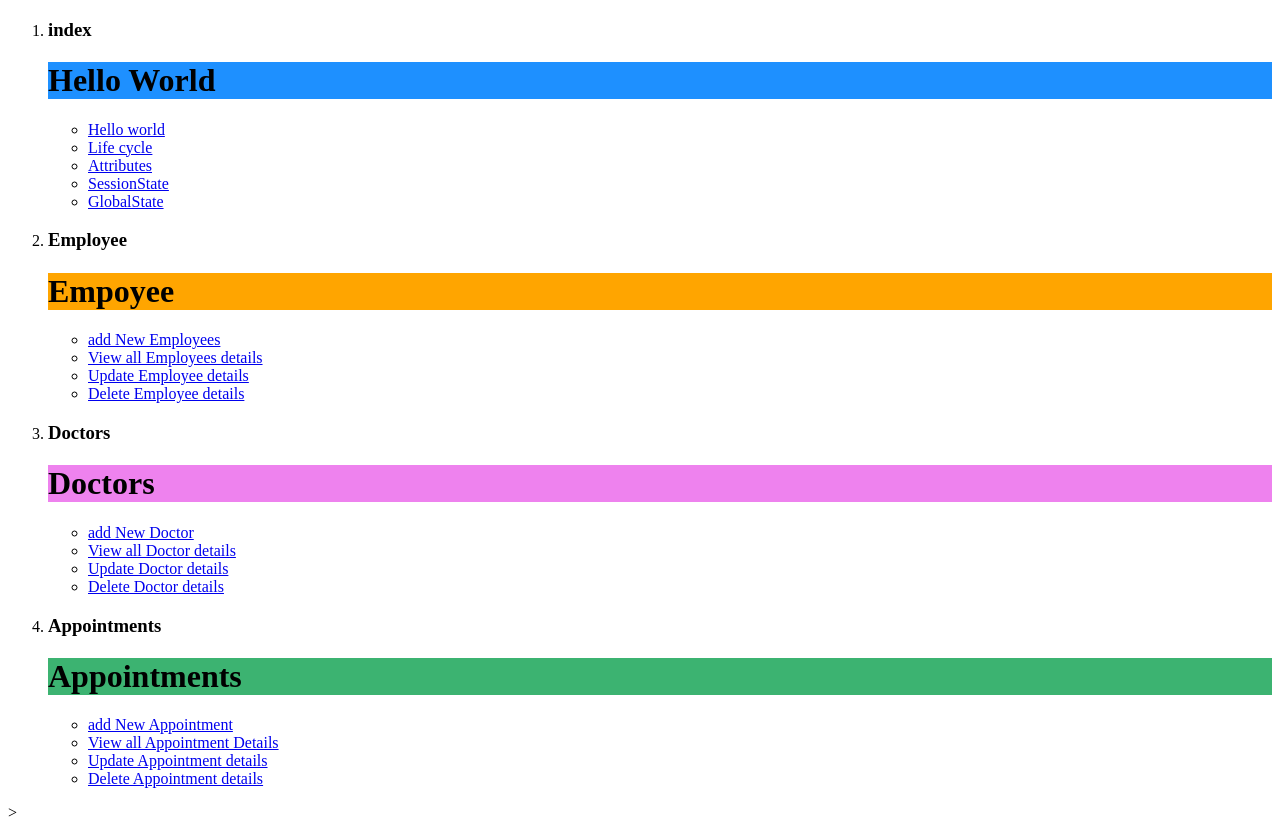
Repository: rameshraj97/Core-java
Page: firstWebsite/src/main/webapp/Index1.html
The author's editor kept a copy of each file at every save. The page is drawn from the files as they stood at one save, then again after the next save.
The browser window is 1280 px wide. The pictures show the whole page.

Above is the page before, as saved 2022-05-23 11:59:34.

After the next save:
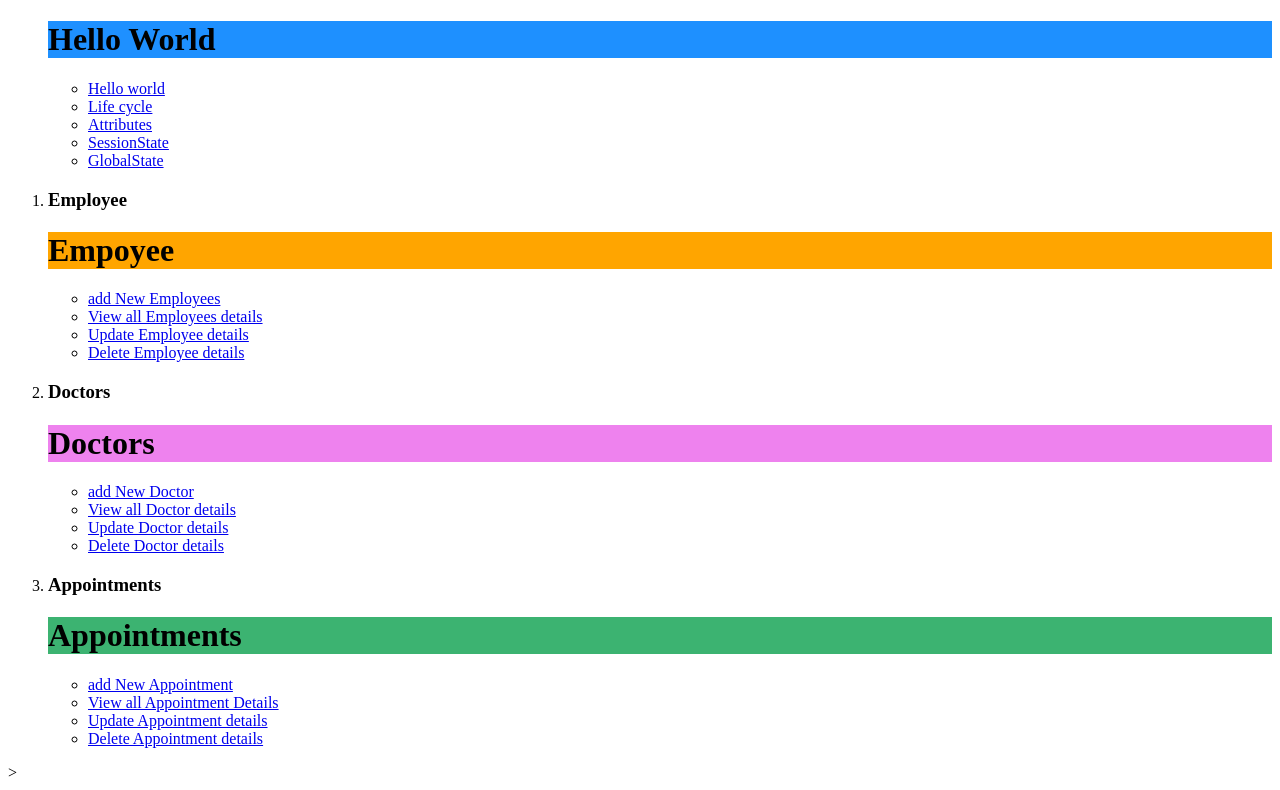
Saved 2 min 4 s later.
--- a/firstWebsite/src/main/webapp/Index1.html
+++ b/firstWebsite/src/main/webapp/Index1.html
@@ -6,7 +6,7 @@
 </head>
 <body>
   <ol><!-- ordered list -->
-  <li><h3>index</h3></li>
+
            <h1 style="background-color:DodgerBlue;">Hello World</h1>
 
           <ul>
